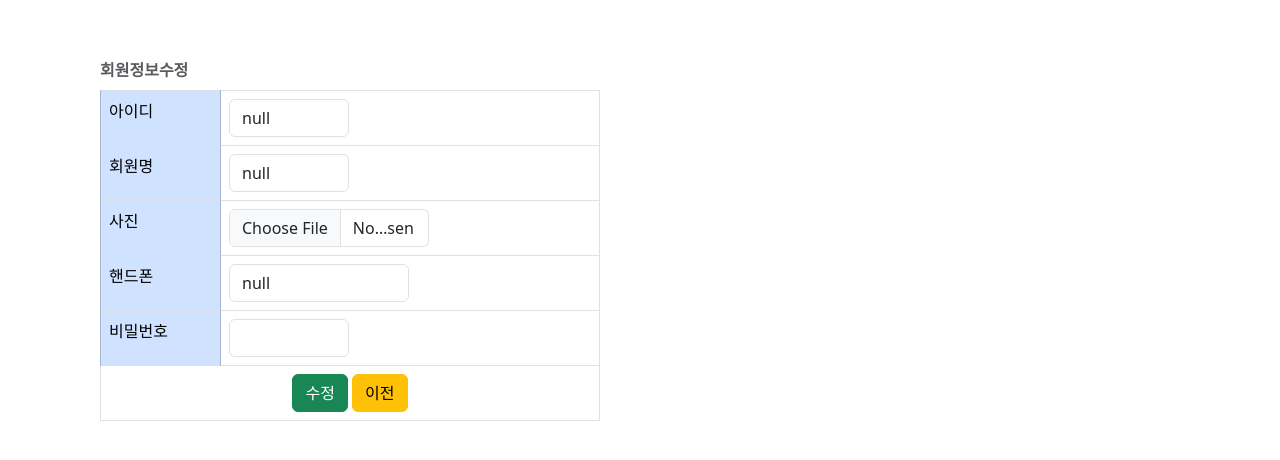
Repository: JunbroGit/SistProject
Page: http://localhost/jsaAjaxProject/mem_gaip/updateForm.jsp
An editor plug-in stored every save of this project. The page is shown before and after the next save, followed by the edit.
The browser window is 1280 px wide. The pictures show the whole page.
Some web fonts or font styles are not loaded; a fallback is used. The page is served by Tomcat 9. Queries for data that is not in the repository find no rows.

Above is the page before, as saved 2024-03-19 01:31:32.

After the next save:
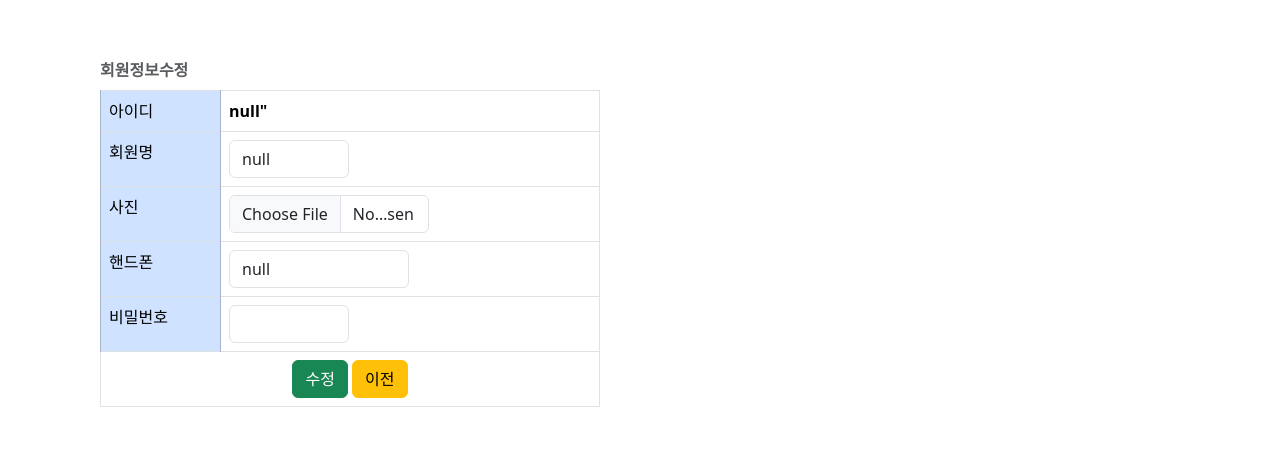
Saved 28 s later.
--- a/jspwork/jsaAjaxProject/src/main/webapp/mem_gaip/updateForm.jsp
+++ b/jspwork/jsaAjaxProject/src/main/webapp/mem_gaip/updateForm.jsp
@@ -25,7 +25,7 @@
 			<tr>
 				<td width="120" class="table-primary">아이디</td>
 				<td>
-					<input type="text" class="form-control" style="width: 120px;" name="m_id" readonly="readonly" value="<%=dto.getM_id()%>">
+					<b><%=dto.getM_id()%>"</b>
 				</td>
 			</tr>
 			<tr>
